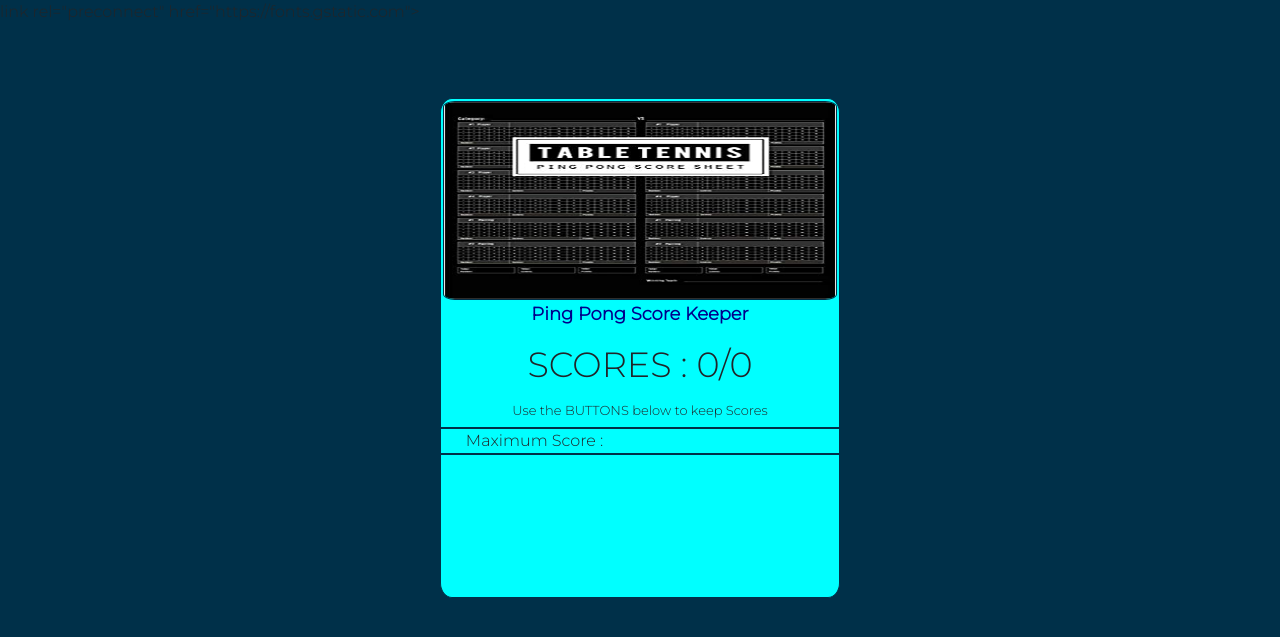
Repository: uditjain100/JavaScript-for-Web
Page: 9.Score Keeper Project/sk.html
An editor plug-in stored every save of this project. The page is shown before and after the next save, followed by the edit.
The browser window is 1280 px wide. The pictures show the whole page.

Above is the page before, as saved 2021-01-22 21:34:52.

After the next save:
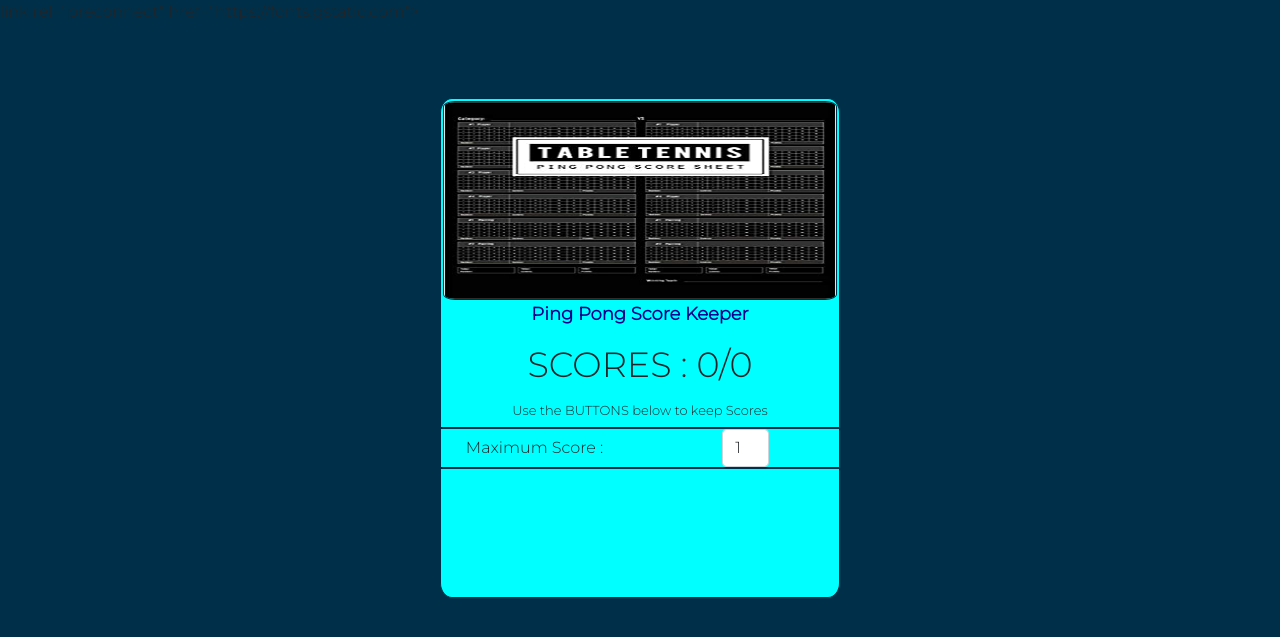
Saved 71 s later.
--- a/9.Score Keeper Project/sk.html
+++ b/9.Score Keeper Project/sk.html
@@ -37,15 +37,13 @@
             <h6 id="max_score" class="display-10 fw-4">Maximum Score :</h6>
           </div>
           <div id="select_02" class="col-2">
-            <div class="btn-group" name="max-score" id="max-score">
-              <ul class="dropdown-menu">
-                <li><a class="dropdown-item" href="#">1</a></li>
-                <li><a class="dropdown-item" href="#">2</a></li>
-                <li><a class="dropdown-item" href="#">3</a></li>
-                <li><a class="dropdown-item" href="#">4</a></li>
-                <li><a class="dropdown-item" href="#">5</a></li>
-              </ul>
-            </div>
+            <select class="form-control" name="max-score" id="max-score">
+              <option value="1">1</option>
+              <option value="2">2</option>
+              <option value="3">3</option>
+              <option value="4">4</option>
+              <option value="5">5</option>
+            </select>
           </div>
         </div>
       </div>
